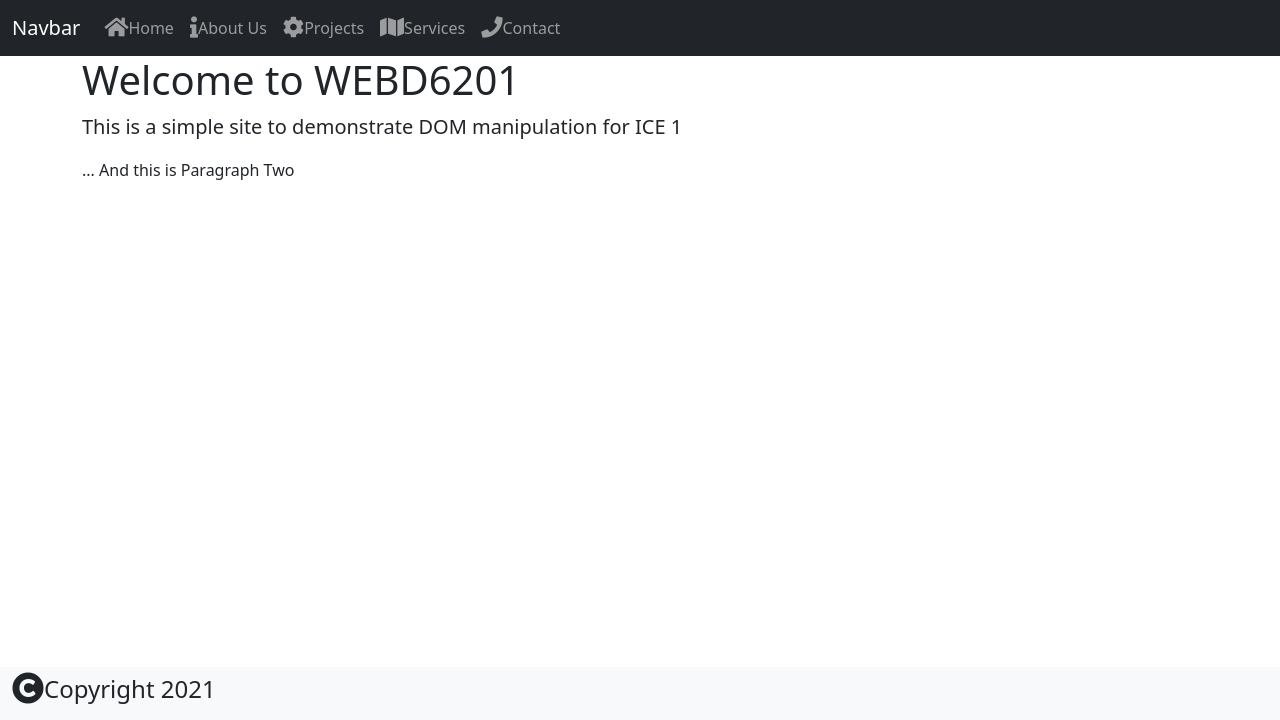
Repository: deividwsantoss/webd6201-W2021-ICE1
Page: Index.html
These files come from the project's save history. The page is drawn as it stood at one moment and after the next save; the edit follows.
The browser window is 1280 px wide. The pictures show the whole page.

Above is the page before, as saved 2021-02-02 11:03:50.

### Index.html
<!DOCTYPE html>
<html lang="en">
<head>
    <meta charset="UTF-8">
    <meta name="viewport" content="width=device-width, initial-scale=1.0">
    <title>WEBD6201 - W2021 - ICE 1</title>
</head>
<!-- CSS SECTION -->
<link rel="stylesheet" href="./node_modules/bootstrap/dist/css/bootstrap.min.css">
<link rel="stylesheet" href="./node_modules/@fortawesome/fontawesome-free/css/all.min.css">
<link rel="stylesheet" href="./Content/app.css">

<body>
    <header>
        <nav class="navbar navbar-expand-lg navbar-dark bg-dark">
            <div class="container-fluid">
              <a class="navbar-brand" href="#">Navbar</a>
              <button class="navbar-toggler" type="button" data-bs-toggle="collapse" data-bs-target="#navbarSupportedContent" aria-controls="navbarSupportedContent" aria-expanded="false" aria-label="Toggle navigation">
                <span class="navbar-toggler-icon"></span>
              </button>
              <div class="collapse navbar-collapse" id="navbarSupportedContent">
                <ul class="navbar-nav me-auto mb-2 mb-lg-0">
                  <li class="nav-item">
                    <a class="nav-link" aria-current="page" href="#"><i class="fas fa-home fa-lg"></i>Home</a>
                  </li>
                  <li class="nav-item">
                    <a class="nav-link" aria-current="page" href="#"><i class="fas fa-info fa-lg"></i>About Us</a>
                  </li>
                  <li class="nav-item">
                    <a class="nav-link" aria-current="page" href="#"><i class="fas fa-cog fa-lg"></i>Projects</a>
                  </li>
                  <li class="nav-item">
                    <a class="nav-link" aria-current="page" href="#"><i class="fas fa-map fa-lg"></i>Services</a>
                  </li>
                  <li class="nav-item">
                    <a class="nav-link" aria-current="page" href="#"><i class="fas fa-phone fa-lg"></i>Contact</a>
                  </li>

                </ul>

              </div>
            </div>
          </nav>
    </header>
    <main class="container">

        <h1>Welcome to WEBD6201 </h1>
        <p id="paragraphOne"> </p>
    </main>

    <footer>
        <nav class="navbar fixed-bottom navbar-light bg-light">
            <div class="container-fluid">
                <h4><i class="fas fa-copyright fa-lg"></i>Copyright 2021 </h4>
            </div>
          </nav>

    </footer>
    <!-- Script Section-->
    <script src="./node_modules/jquery/dist/jquery.min.js"></script>
    <script src="./node_modules/bootstrap/dist/js/bootstrap.bundle.min.js"></script>
    <script src="./Scripts/app.js"></script>
</body>
</html>

### Scripts/app.js
/* Custom JavaScript goes here */


// IIFE -
//AKA - Anonymous self-excuting function

"use strict";

(function()
{


    function Start()
    {
        console.log("App Started...")

        let paragraphOneText = "This is a simple site to demonstrate DOM manipulation for ICE 1";
        let paragraphOneElement = document.getElementById("paragraphOne");

        //let paragraphOneParagraph = document.getElementsByTagName("p")[0];
        //let paragraphOneQuery = document.querySelector("p");
        //let paragraphOneQuerys = document.querySelectorAll("p")[0];

        paragraphOneElement.textContent = paragraphOneText;
        paragraphOneElement.className = "fs-5";

        //Step 1. document.createElement
        let newParagraph = document.createElement("p");
        //configure the element
        newParagraph.setAttribute("id", "paragraphTwo");
        newParagraph.textContent = "... And this is Paragraph Two";
        //step 3. Select the parent element
        let mainContent = document.getElementsByTagName("main")[0];
        //step 4. Add / Insert the element
        mainContent.appendChild(newParagraph);

        newParagraph.className = "fs-6";



    }
    window.addEventListener("load", Start);


})();

Loaded but not shown: node_modules/bootstrap/dist/css/bootstrap.min.css (library); node_modules/@fortawesome/fontawesome-free/css/all.min.css (library); node_modules/jquery/dist/jquery.min.js (library); node_modules/bootstrap/dist/js/bootstrap.bundle.min.js (library); Content/app.css (no stored copy; drawn as an empty file)

After the next save:
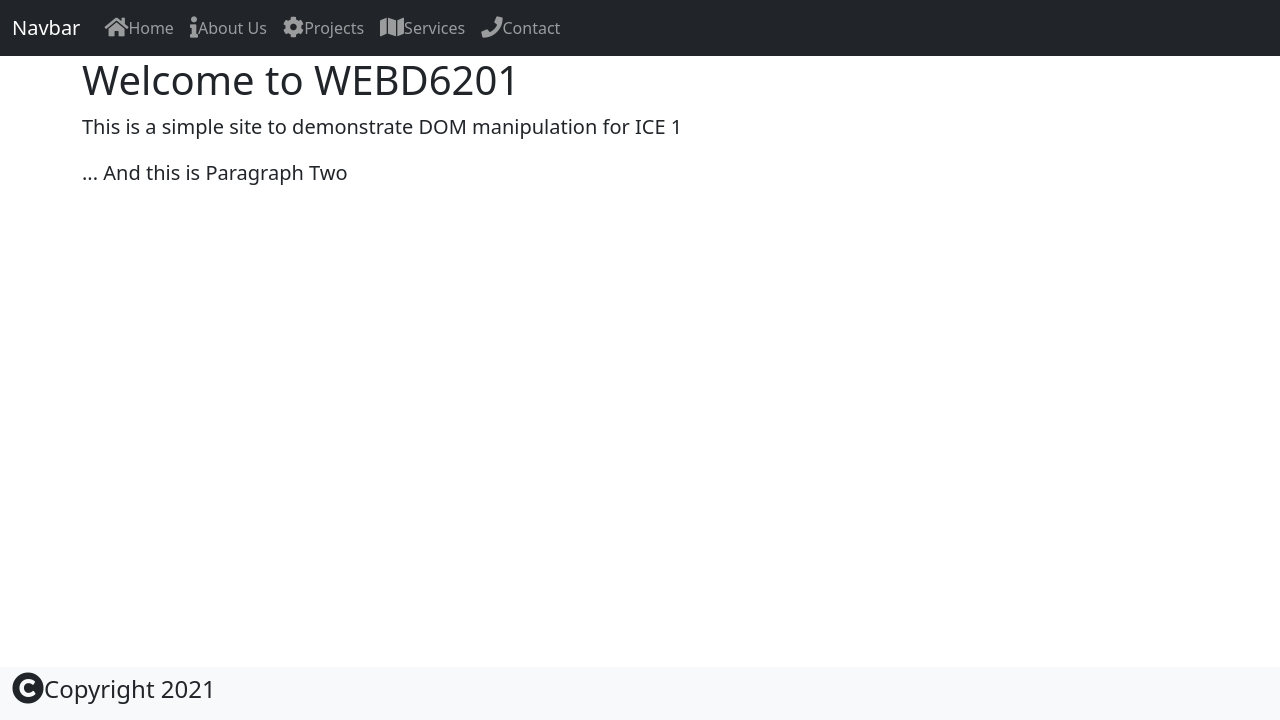
Saved 12 s later.
--- a/Scripts/app.js
+++ b/Scripts/app.js
@@ -34,7 +34,7 @@
         //step 4. Add / Insert the element
         mainContent.appendChild(newParagraph);
 
-        newParagraph.className = "fs-6";
+        newParagraph.className = "fs-5";
 
 
 
